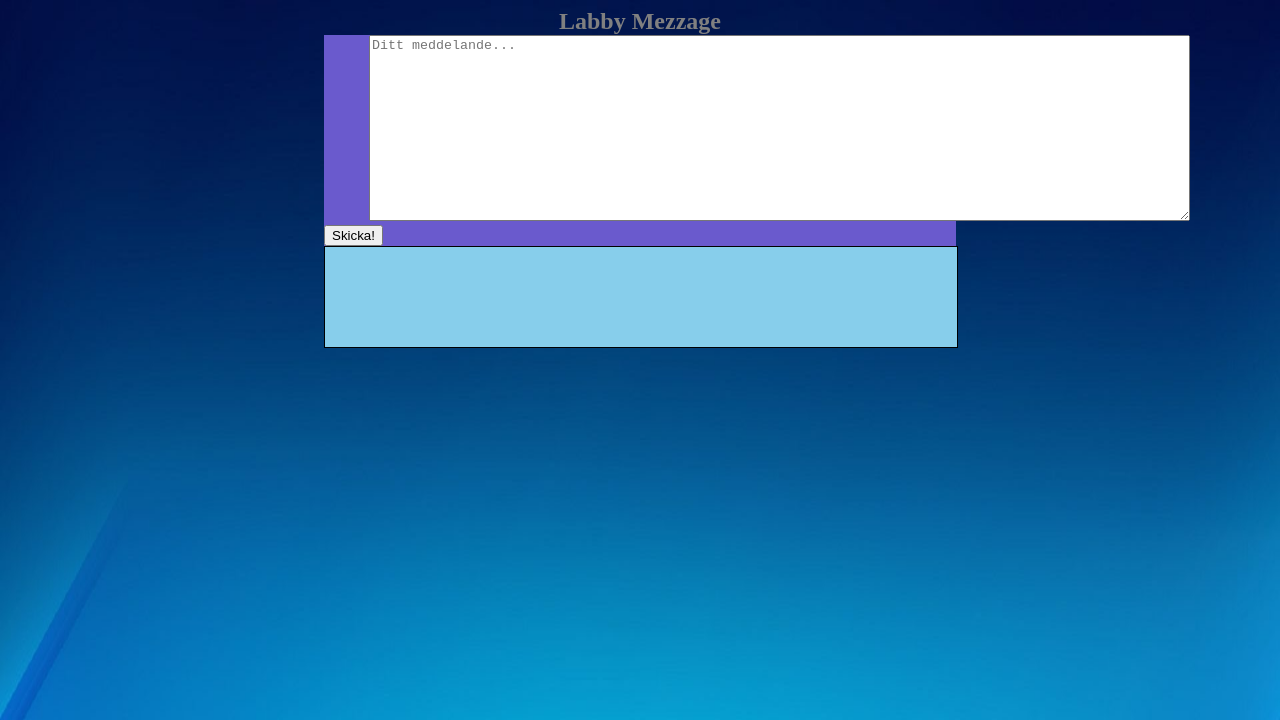
Repository: ao222qc/1dv403-laborationer
Page: 2-labbymezzage/Index.html
The author's editor kept a record of every edit. The page is drawn from the files as they stood at one moment, then again after the next edit.
The browser window is 1280 px wide. The pictures show the whole page.

Above is the page before.
Console error: SyntaxError: Unexpected token ','

### 2-labbymezzage/Index.html
<!DOCTYPE html>

<html>
        <head>
                <meta charset="UTF-8" />
                <title>Lab2 - Labby Mezzage</title>
                <link rel="stylesheet" type="text/css" href="style.css" />
        </head>
        <body>
            <header>Labby Mezzage</header>
            <main>


    	    	<div id="numberOfMessages"></div>
    	    	<textarea id="textarea" rows="12" cols="100" placeholder="Ditt meddelande..."></textarea>


    	    	<input id="button" type="submit" value="Skicka!" />
    	    	<div id="messagearea"</div>

        		</form>

            </main>
            <script type="text/javascript" src="Message.js"></script>
            <script type="text/javascript" src="messageboard.js"></script>
        </body>
</html>

### 2-labbymezzage/style.css
main
{
    background-color: #6A5ACD;
    width:50%;
    display:block;
    margin-left:auto;
    margin-right:auto;
}
body
{
    background-image: url("background.jpg");
    background-size:100% 1500px;
    background-repeat:no-repeat;
}
header
{
    color:Gray;
    font-weight:bold;
}


#textarea
{
    margin-left:45px;
}
header
{
    font-size:150%;
    font-weight:bold;
    text-align:center;
}
#messagearea
{
    display:flex;
    flex-direction:column-reverse;
    font-size:120%;
    background-color: #87CEEB;
    border-style:solid;
    border-width:1px;
    word-break:break-all;
    overflow-y:scroll;
    max-height:600px;
    float:left;
    min-width:100%;
    min-height:100px;

}
#messagearea p
{
    font-weight:normal;
    font-size:50%;
    text-align:right;
}

h7
{
    float:left;
    position:relative;
    bottom:45px;
    left:5px;
}

#dustbin
{
    position:relative;
    left:760px;
    top:25px;
    height:25px;
    width:25px;
}
#clock
{
    position:relative;
    left:790px;
    height:25px;
    width:25px;
}

### 2-labbymezzage/Message.js
function Message(message, date)
{
    this.getText = function(){
        return message;
    };

    this.setText = function(_text){
        message = _text;
    };

    this.getDate = function(){
        return date;
    };
        this.setDate = function(_date){
            date = _date;
        };
}

Message.prototype.toString = function(){
    return this.getText()+" ("+this.getDate()+")";
};
Message.prototype.getHTMLText = function(){
    return this.getText().replace(/[\n\r]/g, "<br />");

};
Message.prototype.getDateText = function(){

        var Hour = this.getDate().getHours();
var Minutes = this.getDate().getMinutes();
var Seconds = this.getDate().getSeconds();
if (Minutes < 10)
{
Minutes = "0"+Minutes;
}
if (Seconds < 10)
{
Seconds = "0"+Seconds;
}

return +Hour+":"+Minutes+":"+Seconds;




};

### 2-labbymezzage/messageboard.js
"use strict";

var MessageBoard = {

    messages: [],
    amountOfMessages: 0,
    init:function()
    {
        var button = document.getElementById("button");

        button.onclick = MessageBoard.sendMessage;

        var entersend = document.getElementById("textarea");
        entersend.onkeypress=function(e){if (e.keyCode == 13 && !e.shiftKey)
                {
                e.preventDefault();
                MessageBoard.sendMessage();
                }
    };

    },
    sendMessage:function()
    {
    var textInput = document.getElementById("textarea").value;

    MessageBoard.messages.push(new Message(textInput, new Date()));

    MessageBoard.amountOfMessages++;

    document.getElementById("numberOfMessages").innerHTML = "Antal Meddelanden: " + MessageBoard.amountOfMessages;


    var input = MessageBoard.messages.length-1;


    MessageBoard.renderMessage(input);
    },

    renderMessage:function(input)
    {

        var text = document.createElement("h7");
        text.innerHTML = MessageBoard.messages[input].getHTMLText();
        messagearea.appendChild(text);

        var time = document.createElement("p");
        time.innerHTML = MessageBoard.messages[input].getDateText();
        messagearea.appendChild(time);

        var clock = document.createElement('img');
        clock.src = 'CLOCK.jpg';
        clock.id = 'clock';
        messagearea.appendChild(clock);

        var dustbin = document.createElement('img');
        dustbin.src = 'dustbin.jpg';
        dustbin.id = 'dustbin';
        messagearea.appendChild(dustbin);

       dustbin.onclick = function(e)
       {
           if (confirm("radera meddelandet?"))
           {
           MessageBoard.numberOfMessages = MessageBoard.numberOfMessages -1;
           text.parentNode.removeChild(text);
           clock.parentNode.removeChild(clock);
           dustbin.parentNode.removeChild(dustbin);
           time.parentNode.removeChild(time);
           MessageBoard.amountOfMessages -= 1;
           document.getElementById("numberOfMessages").innerHTML = "Antal meddelanden: " + MessageBoard.amountOfMessages;
       },

       clock.onclick = function(e)
       {
           alert(MessageBoard.messages[input].getDate());
       };

    },

    renderMessages:function()
    {
        for (var i = 0; i > MessageBoard.messages.length; i++)
        {
         MessageBoard.renderMessage(i);
        }

    }




};




window.onload = MessageBoard.init;


//var value = document.getElementById("textarea").value;
//document.getElementById("button").onclick = function(){
  //  alert("HEJ");

//};
/*   var text2 = document.createElement("p");
        text.innerHTML = MessageBoard.messages[input].getDateText();
        timearea.appendChild(text2);*/

After the next edit:
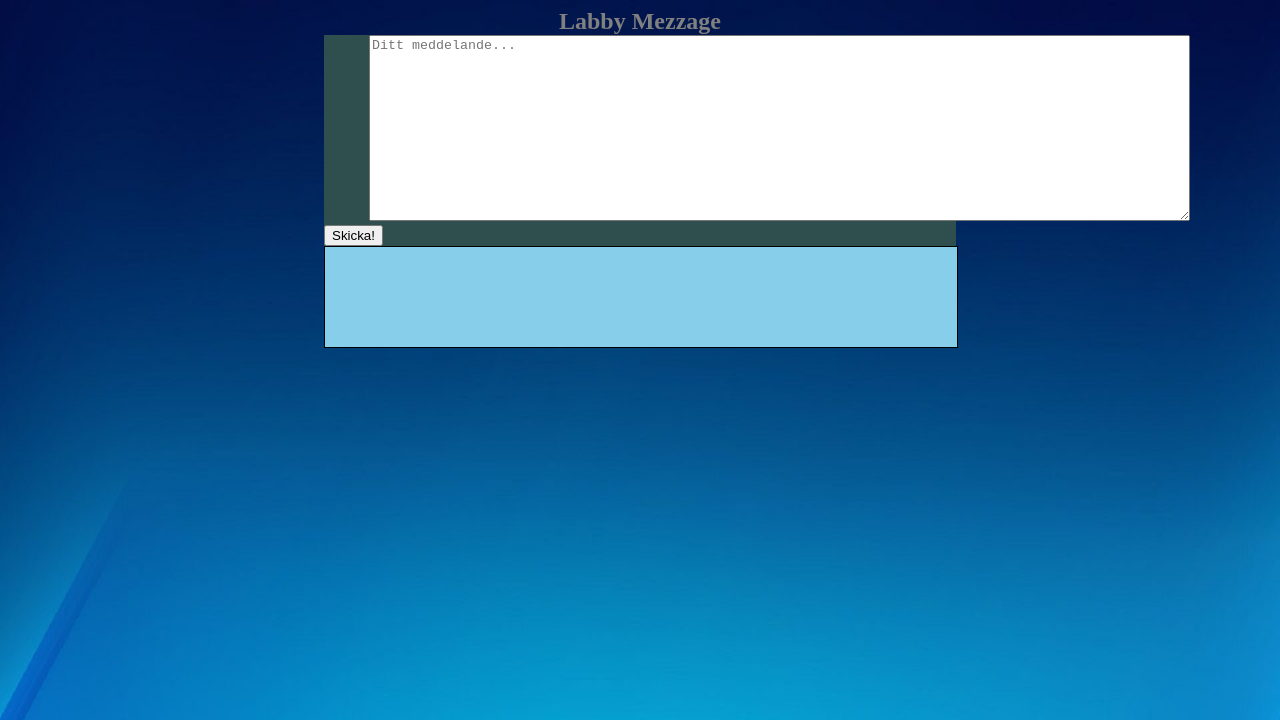
The edit:
--- a/2-labbymezzage/style.css
+++ b/2-labbymezzage/style.css
@@ -1,6 +1,6 @@
 main
 {
-    background-color: #6A5ACD;
+    background-color: #2F4F4F;
     width:50%;
     display:block;
     margin-left:auto;
